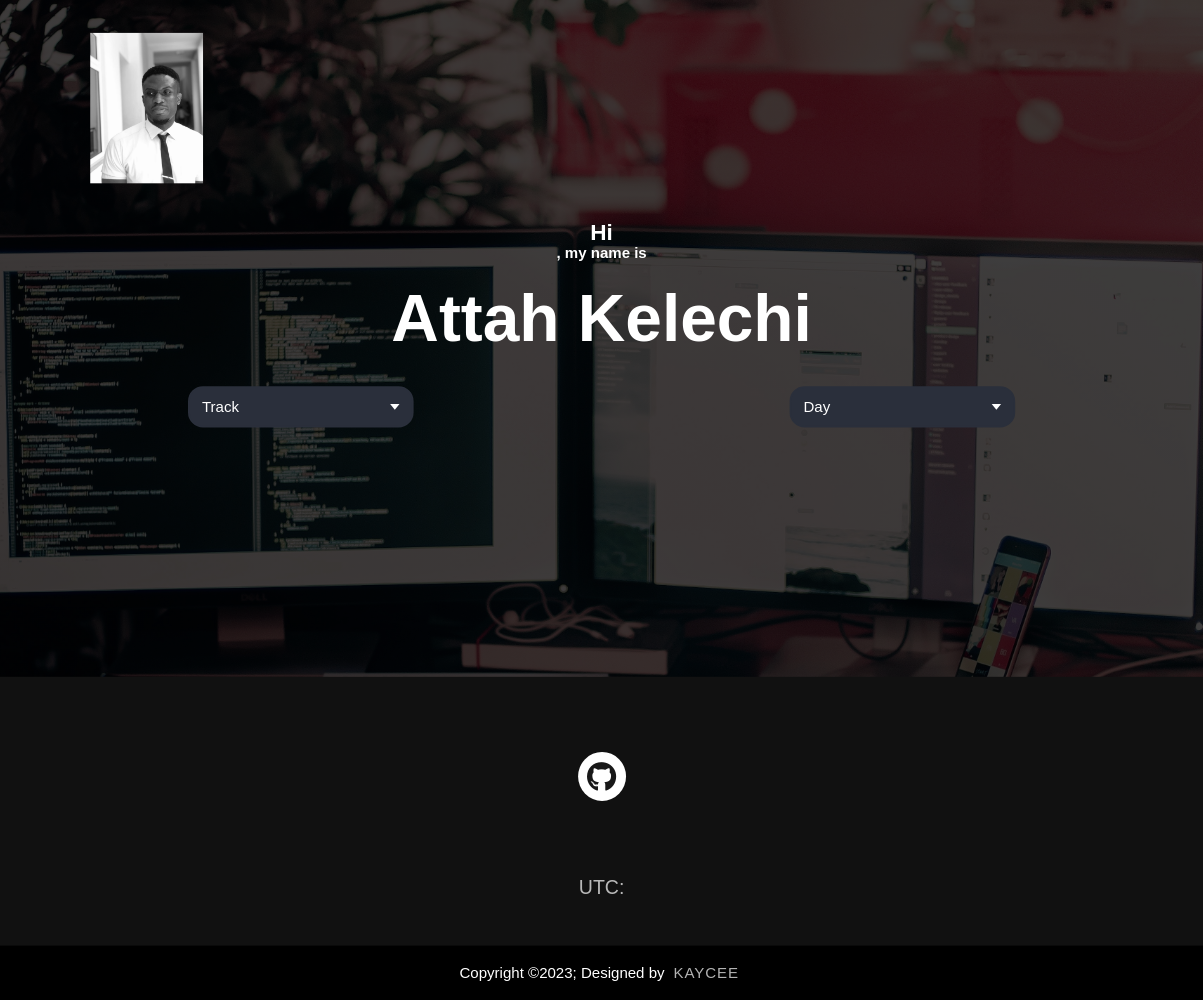
Repository: Kaycee-attah/HNG-Internship_2023
Page: index.html
An editor plug-in stored every save of this project. The page is shown before and after the next save, followed by the edit.
The browser window is 1280 px wide. The pictures show the whole page, at 94% of full size.

Above is the page before, as saved 2023-09-07 11:50:35.

### index.html
<!DOCTYPE html>
<html lang="en">
<head>
    <meta charset="UTF-8">
    <meta name="viewport" content="width=device-width, initial-scale=1.0">
    <title>How to make a website - Easy tutorial</title>
    <link rel="stylesheet" href="style.css">
    <link rel="stylesheet" href="https://cdnjs.cloudflare.com/ajax/libs/font-awesome/6.4.2/css/all.min.css" integrity="sha512-z3gLpd7yknf1YoNbCzqRKc4qyor8gaKU1qmn+CShxbuBusANI9QpRohGBreCFkKxLhei6S9CQXFEbbKuqLg0DA==" crossorigin="anonymous" referrerpolicy="no-referrer" />
</head>
<body>
    <div class="banner">
        <div class="navbar">
            <img class="logo" src="slack_DP.JPG" alt="Kaycee" data-testid="slackDisplayImage">
            <!-- <ul>
                <li><a href="#">Home</a></li>
                <li><a href="#">Bedroom</a></li>
                <li><a href="#">Dining</a></li>
                <li><a href="#">Kitchen</a></li>
                <li><a href="#">Backyard</a></li>
            </ul> -->
        </div>
    </div>
    <div class="content">
        <h2>Hi</h2><h4>, my name is</h4>
        <h1 data-testid="slackUserName">Attah Kelechi</h1>

        <div class="track_info">
            <div class="dropdown">
                <div class="select">
                    <span class="selected">Track</span>
                    <div class="caret"></div>
                </div>
                <ul class="menu">
                    <li data-testid="myTrack">Frontend </li>

                </ul>

                <!-- <button type="button"><span class="btn"></span> MORE</button>
                <button type="button"><span class="btn"></span>SUBSCRIBE</button> -->
            </div>
            <div class="dropdown">
                <div class="select">
                    <span class="selected">Day</span>
                    <div class="caret"></div>
                </div>
                <ul class="menu">
                    <li data-testid="currentDayOfTheWeek">Framer </li>

                </ul>

                <!-- <button type="button"><span class="btn"></span> MORE</button>
                <button type="button"><span class="btn"></span>SUBSCRIBE</button> -->
            </div>
        </div>


    </div>
    <footer>
        <div class="footer_Container">
            <div class="social-icon">
                <a href=""><i class="fa-brands fa-github"></i></a>
            </div>

        </div>
        <div class="footer_Info">
            <ul>
                <li data-testid="currentUTCTime">UTC: </li>

            </ul>
        </div>
        <div class="footer_Bottom">
            <p>Copyright &copy;2023; Designed by <span class="designer">Kaycee</span></p>
        </div>
    </footer>

    <script src="script.js"></script>
</body>

</html>

### style.css
*{
    margin: 0;
    padding: 0;
    font-family: sans-serif;

}
body{
    background-image: linear-gradient(rgba(0,0,0,0.75), rgba(0,0,0,0.75)), url(IMG_6759.JPG);
    background-size: cover;
    background-position: center;
}

.banner{
    width: 100%;
    height: 100vh;


}
.navbar{
    width: 85%;
    margin: auto;
    padding: 35px 0;
    display: flex;
    align-items: center;
    justify-content: space-between;
}
.logo{
    width: 120px;
    cursor: pointer;
}
.navbar ul li{
    list-style: none;
    display: inline-block;
    margin: 0 20px;
    position: relative;
}
.navbar ul li a{
    text-decoration: none;
    color: #fff;
    text-transform: uppercase;
}
.navbar ul li::after{
    content: "";
    height: 3px;
    width: 0;
    background: #009688;
    position: absolute;
    left: 0;
    bottom: -10px;
    transition: 0.5s;
}
.navbar ul li:hover::after{
    width: 100%;
}
.content{
    width: 100%;
    position: absolute;
    top: 50%;
    transform: translateY(-50%);
    text-align: center;
    color: #fff;
}
.content h1{
    font-size: 70px;
    margin-top: 20px;
}
.content p{
    margin: 20px auto;
    font-weight: 100;
    line-height: 25px;
}
.track_info {
    display: flex;
    justify-content: space-around;
    align-items: center;
}
.dropdown{
    min-width: 15em;
    position: relative;
    margin: 2em;
    /* display: flex;
    justify-content: space-between;
    align-items: center; */

}
.dropdown *{
    box-sizing: border-box;
}

.select{
    background: #2a2f3b;
    color: #fff;
    display: flex;
    justify-content: space-between;
    align-items: center;
    border: 2px #2a2f3b solid;
    border-radius: 1em;
    cursor: pointer;
    transition: background 0.3s;
    padding: 0.7em 0.8em;
}
.select-clicked{
    border: 2px #26489a solid;
    box-shadow: 0 0 0.8em #26489a;
    display: flex;
    justify-content: space-between;


}

.select:hover{
    background: #323741;
}

.caret{
    width: 0;
    height: 0;
    border-left: 5px solid transparent;
    border-right: 5px solid transparent;
    border-top: 6px solid #fff;
    transition: 0.3s;
}

.caret-rotate{
    transform: rotateX(180deg);

}

.selected-rotate{
    transform: rotateX(180deg);

}

.menu{
    list-style: none;
    padding: 0.2em 0.5em;
    background: #323741;
    border: 1px #363a43 solid;
    box-shadow: 0 0.5em 1em rgba(0, 0, 0, 0.2);
    border-radius: 0.5em;
    color: #9fa5b5;
    position: absolute;
    width: 100%;
    top: 4em;
    min-height: auto;
    left: 50%;
    transform: translateX(-50%);
    opacity: 0;
    display: none;
    transition: 0.2s;
    z-index: 1;
}

.menu li{
    padding: 0.7em 0.5em;
    margin: 0.3em 0;
    border-radius: 0.5em;
}

.menu li:hover{
    background: #2a2d35;
}

.menu-open{
    display: block;
    opacity: 1;
}


button{
    width: 200px;
    padding: 15px 0;
    text-align: center;
    margin: 20px 10px;
    border-radius: 25px;
    font-weight: bold;
    border: 2px solid #009688;
    background: transparent;
    color: #fff;
    cursor: pointer;
    position: relative;
    overflow: hidden;
}
.btn{
    background: #009688;
    height: 100%;
    width: 0;
    border-radius: 25px;
    position: absolute;
    left: 0;
    bottom: 0;
    z-index: -1;
    transition: 0.5s;
}
button:hover span{
    width: 100%;
}
footer{
    background-color: #111;
    width: 100%;
}
.footer_Container{
    /* width: 100%; */
    padding: 70px 30px 20px;
}
.social-icon{
    display: flex;
    justify-content: center;
}
.social-icon a{
    text-decoration: none;
    padding: 10px;
    background-color: white;
    margin: 10px;
    border-radius: 50%;
}
.social-icon a i{
    font-size: 2em;
    color: black;
    opacity: 0.9;
}


.social-icon a:hover{
    background-color: #111;
    transition: 0.5s;
}
.social-icon a:hover i{
    background-color: white;
    transition: 0.5s;
}
.footer_Info{
    margin: 30px 0;
}
.footer_Info ul{
    display: flex;
    justify-content: space-around;
}
.footer_Info ul li{
    color: white;
    margin: 20px;
    text-decoration: none;
    list-style: none;
    font-size: 1.3em;
    opacity: 0.7;
    transition: 0.5s;
}

.footer_Bottom {
    background-color: #000;
    padding: 20px;
    text-align: center;
}
.footer_Bottom p{
    color: white;

}
.designer{
    opacity: 0.7;
    text-transform: uppercase;
    letter-spacing: 1px;
    font-weight: 400;
    margin: 0px 5px;
    /* position: fixed; */
}

@media (max-width: 700px){
    .footer_Info ul{
        flex-direction: column;
    }
    .footer_Info ul li{
        width: 100%;
        text-align: center;
        margin: 10px 0;
    }
}

### script.js
const now = new Date();
const day = now.getDay();
const hours = now.getHours();
const minutes = now.getMinutes();
const UTCtimeStamp = now.getTime();
const GMTdate_and_time = now.toUTCString();
const daysOfWeek = [
    "Sunday",
    "Monday",
    "Tuesday",
    "Wednesday",
    "Thursday",
    "Friday",
    "Saturday"
]
const today = daysOfWeek[day];
const UTC = now.getUTCMilliseconds();
console.log("Current day of the week:", today)
console.log("UTC:", UTC)

console.log("UTCtimeStamp:", UTCtimeStamp)
console.log("GMTdate_and_time:", GMTdate_and_time)

const dropdowns = document.querySelectorAll('.dropdown');

dropdowns.forEach(dropdown => {
    const select = dropdown.querySelector('.select');
    const caret = dropdown.querySelector('.caret');
    const menu = dropdown.querySelector('.menu');
    const options = dropdown.querySelector('.menu li');
    const selected = dropdown.querySelector('.selected');


    select.addEventListener('click', () => {
        select.classList.toggle('select-clicked');
        select.classList.toggle('caret-rotate');
        selected.classList.toggle('selected-rotate');
        menu.classList.toggle('menu-open');
    })

    // options.forEach(option => {
    //     option.addEventListener('click', () => {
    //         // select.classList.toggle('select-clicked');
    //         select.classList.remove('select-clicked')
    //         caret.classList.remove('caret-rotate');
    //         menu.classList.remove('menu-open');


    //     })
    // })
})

After the next save:
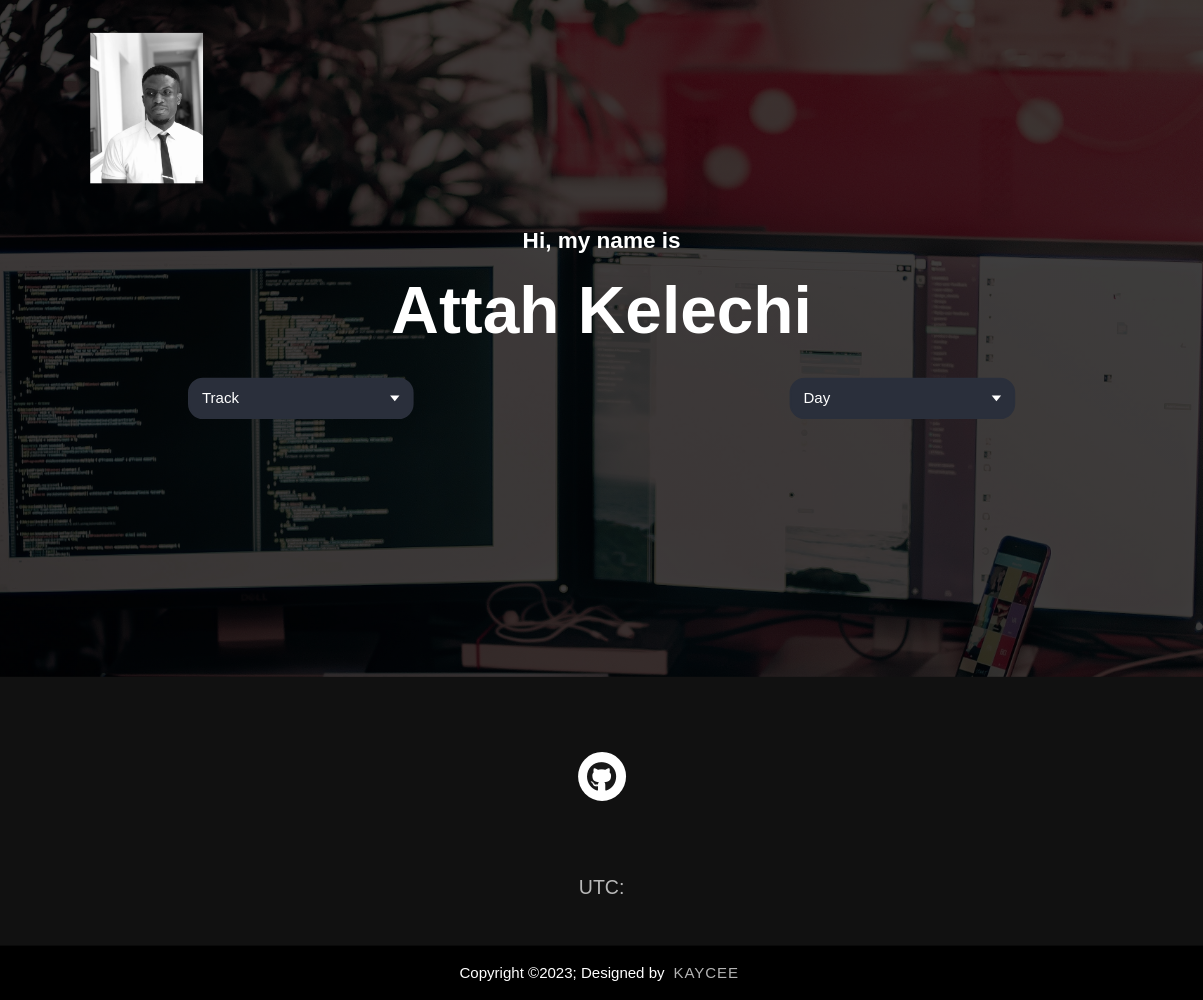
Saved 45 s later.
--- a/index.html
+++ b/index.html
@@ -21,7 +21,7 @@
         </div>
     </div>
     <div class="content">
-        <h2>Hi</h2><h4>, my name is</h4>
+        <h2>Hi, <span> my name is</span></h2>
         <h1 data-testid="slackUserName">Attah Kelechi</h1>
 
         <div class="track_info">
